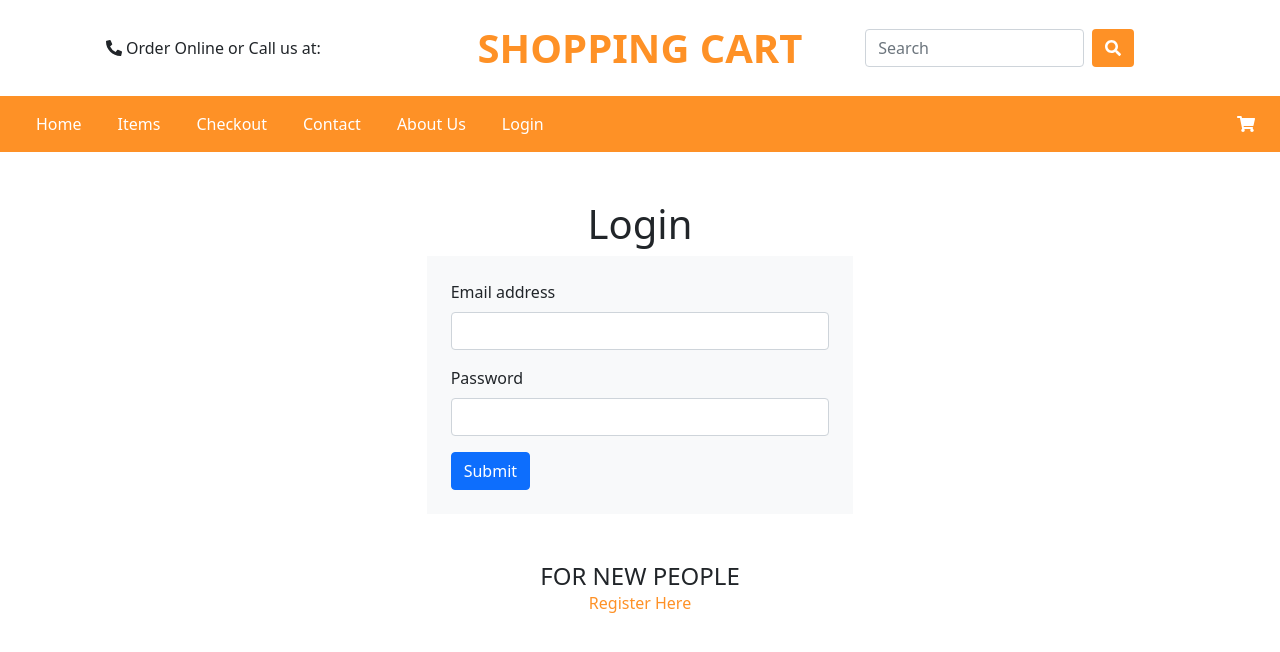
Repository: SaudCh/React-Ecommerce
Page: /login
An editor plug-in stored every save of this project. The page is shown before and after the next save, followed by the edit.
The browser window is 1280 px wide. The pictures show the whole page.
The project was rebuilt for these pictures with package versions that can differ from the ones it lists, and the page was loaded fresh each time. Also part of the build but not shown: src/App.css, src/Home/Carousel.jsx, src/Home/home.jsx.

Above is the page before, as saved 2021-12-05 19:20:18.

### src/App.js
import "./App.css";
import Header from "./Header/Header";
import "../node_modules/bootstrap/dist/css/bootstrap.min.css";
import "../node_modules/bootstrap/dist/js/bootstrap.bundle.min";
import Home from "./Home/home.jsx";
import { BrowserRouter, Switch, Route } from "react-router-dom";
import Login from "./Login/Login";

function App() {
  return (
    <BrowserRouter>
      <Header />
      <Switch>
        <Route path="/" exact>
          <Home />
        </Route>
        <Route path="/login" exact>
          <Login />
        </Route>
      </Switch>
    </BrowserRouter>
  );
}

export default App;

### src/Header/Header.jsx
import {
  faPhoneAlt,
  faSearch,
  faShoppingCart,
} from "@fortawesome/free-solid-svg-icons";
import { FontAwesomeIcon } from "@fortawesome/react-fontawesome";
import React from "react";
import { Link } from "react-router-dom";
import "./Header.css";

export default function Header() {
  return (
    <div>
      <nav className="container-fluid  my-4">
        <div className="row align-items-center">
          <div className="col-12 col-md-4 my-2 my-lg-0 text-center ">
            <p className="m-0 p-0">
              <FontAwesomeIcon icon={faPhoneAlt} /> Order Online or Call us at:{" "}
            </p>
          </div>
          <div className="col-12 col-md-4 my-2 my-lg-0 text-center">
            <p className="m-0 fw-bold h1" style={{ color: "#fe9126" }}>
              SHOPPING CART
            </p>
          </div>
          <div className="col-12 col-md-4 my-2 my-lg-0 text-center">
            <form class="d-flex col-12 col-lg-8">
              <input
                class="form-control me-2"
                type="search"
                placeholder="Search"
                aria-label="Search"
              />
              <button
                class="btn text-white"
                style={{ backgroundColor: "#fe9126" }}
                type="submit"
              >
                <FontAwesomeIcon icon={faSearch} />
              </button>
            </form>
          </div>
        </div>
      </nav>
      <nav
        class="navbar navbar-expand-md navbar-dark"
        style={{ backgroundColor: "#fe9126" }}
      >
        <div class="container-fluid">
          <Link class="navbar-brand" href="#"></Link>

          <button
            class="navbar-toggler"
            type="button"
            data-bs-toggle="collapse"
            data-bs-target="#navbarSupportedContent"
            aria-controls="navbarSupportedContent"
            aria-expanded="false"
            aria-label="Toggle navigation"
          >
            <span class="navbar-toggler-icon"></span>
          </button>
          <div class="collapse navbar-collapse" id="navbarSupportedContent">
            <ul class="navbar-nav me-auto mb-2 mb-lg-0 nav-ul">
              <li class="nav-item">
                <Link class="nav-link  text-white" aria-current="page" to="/">
                  Home
                </Link>
              </li>
              <li class="nav-item">
                <Link class="nav-link  text-white" to="#">
                  Items
                </Link>
              </li>

              <li class="nav-item">
                <Link
                  class="nav-link text-white"
                  to="#"
                  tabindex="-1"
                  aria-disabled="true"
                >
                  Checkout
                </Link>
              </li>
              <li class="nav-item">
                <Link
                  class="nav-link text-white"
                  to="#"
                  tabindex="-1"
                  aria-disabled="true"
                >
                  Contact
                </Link>
              </li>
              <li class="nav-item">
                <Link
                  class="nav-link text-white"
                  to="#"
                  tabindex="-1"
                  aria-disabled="true"
                >
                  About Us
                </Link>
              </li>
              <li class="nav-item">
                <Link
                  class="nav-link text-white"
                  to="/login"
                  tabindex="-1"
                  aria-disabled="true"
                >
                  Login
                </Link>
              </li>
            </ul>
            <button className="btn text-white">
              <FontAwesomeIcon icon={faShoppingCart} />
            </button>
          </div>
        </div>
      </nav>
    </div>
  );
}

### src/Login/Login.jsx
import React from "react";
import { Link } from "react-router-dom";

export default function Login() {
  return (
    <div className="text-center py-5">
      <p className="p-0 m-0 h1 mb-2">Login</p>
      <form
        className="col-10 col-sm-6 col-md-4 text-start bg-light p-4"
        style={{ margin: "0px auto" }}
      >
        <div class="mb-3">
          <label for="exampleInputEmail1" class="form-label">
            Email address
          </label>
          <input type="email" class="form-control" id="exampleInputEmail1" />
        </div>
        <div class="mb-3">
          <label for="exampleInputPassword1" class="form-label">
            Password
          </label>
          <input
            type="password"
            class="form-control"
            id="exampleInputPassword1"
          />
        </div>
        <button type="submit" class="btn btn-primary">
          Submit
        </button>
      </form>
      <p className="m-0 p-0 h4 mt-5">FOR NEW PEOPLE</p>
      <Link
        to="/register"
        className="m-0 p-0 h6"
        style={{ textDecoration: "none", color: "#fe9126" }}
      >
        Register Here
      </Link>
    </div>
  );
}

### src/Header/Header.css
.nav-ul li {
  margin-right: 20px;
}

Loaded but not shown: public/index.html (common file); src/index.js (common file); src/reportWebVitals.js (common file)

After the next save:
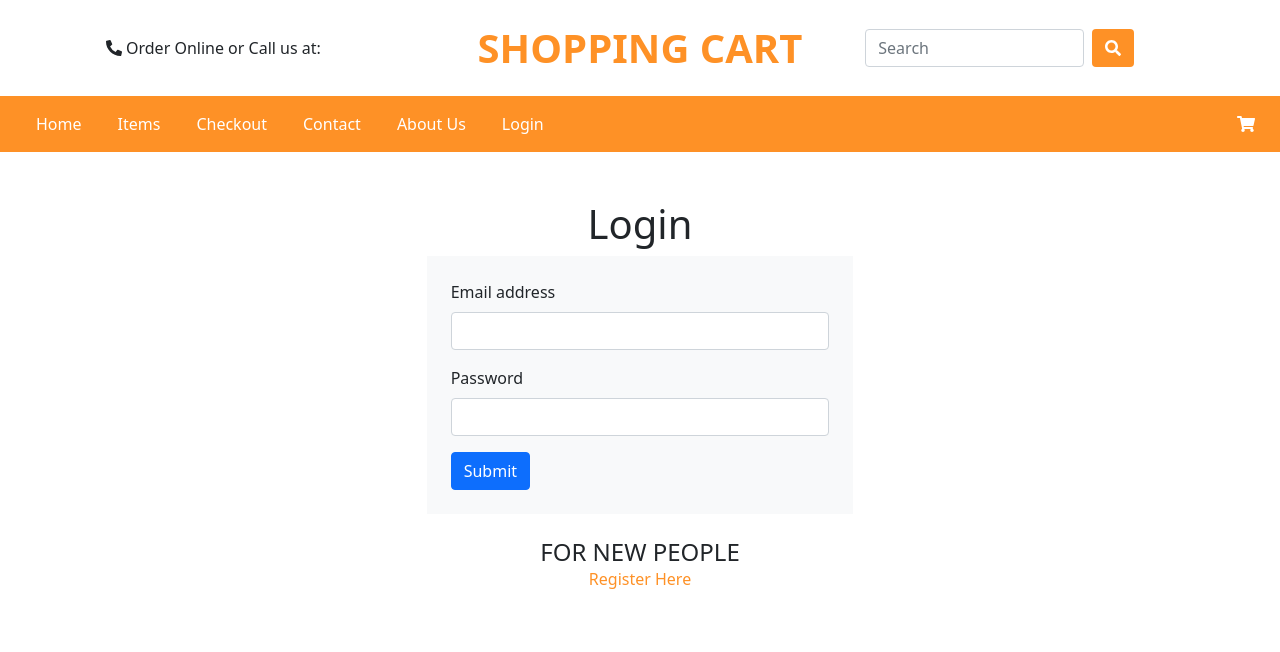
Saved 7 s later.
--- a/src/Login/Login.jsx
+++ b/src/Login/Login.jsx
@@ -29,7 +29,7 @@ export default function Login() {
           Submit
         </button>
       </form>
-      <p className="m-0 p-0 h4 mt-5">FOR NEW PEOPLE</p>
+      <p className="m-0 p-0 h4 mt-4">FOR NEW PEOPLE</p>
       <Link
         to="/register"
         className="m-0 p-0 h6"
